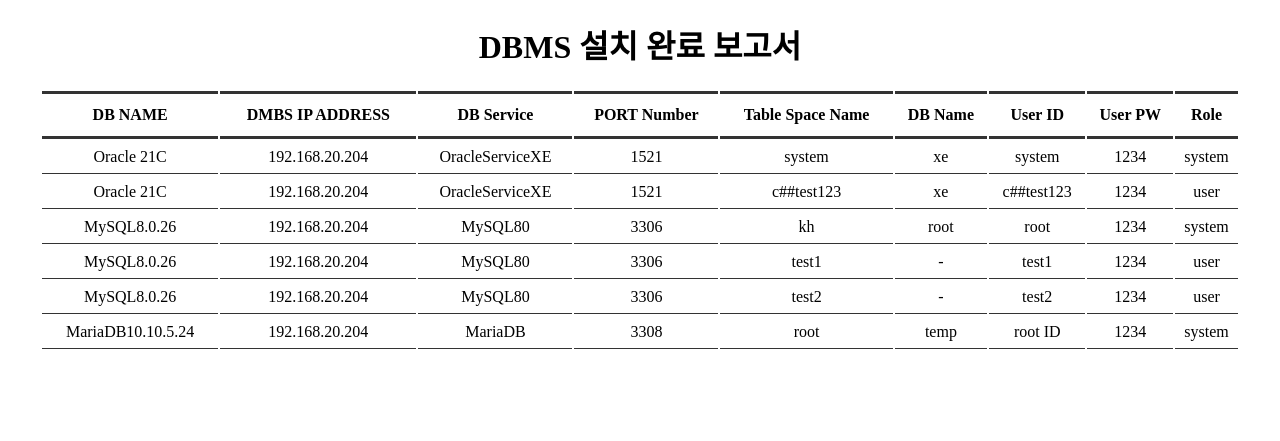
Repository: hantaeyeok/java_11_database
Page: test01/WebContent/report01.html
These files come from the project's save history. The page is drawn as it stood at one moment and after the next save; the edit follows.
The browser window is 1280 px wide. The pictures show the whole page.

Above is the page before, as saved 2024-03-29 06:31:25.

After the next save:
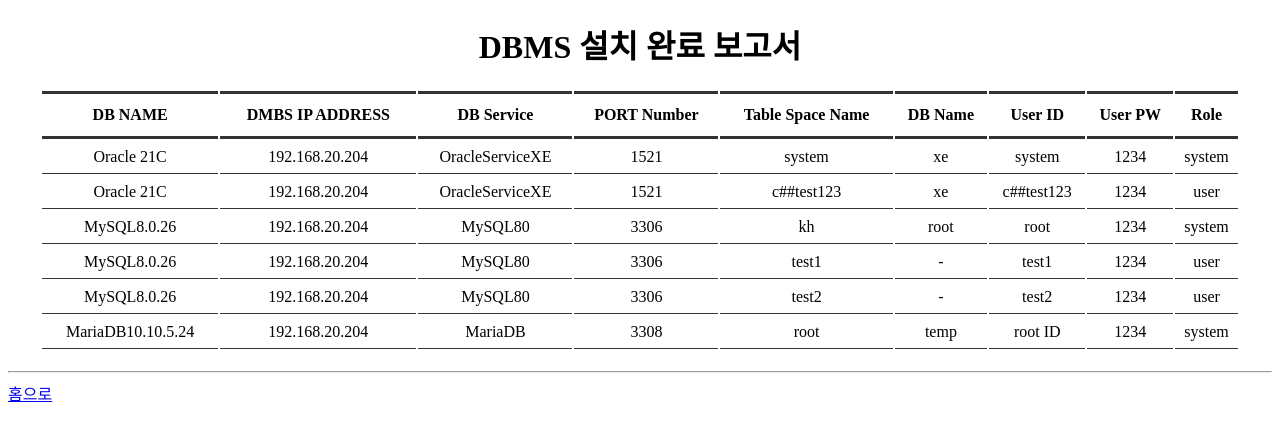
Saved 68 s later.
--- a/test01/WebContent/report01.html
+++ b/test01/WebContent/report01.html
@@ -96,5 +96,9 @@
             </tr>
      </tbody>
     </table>
+    <hr>
+    <div>
+    	<a href="index.jsp">홈으로</a>
+    </div>
 </body>
 </html>
